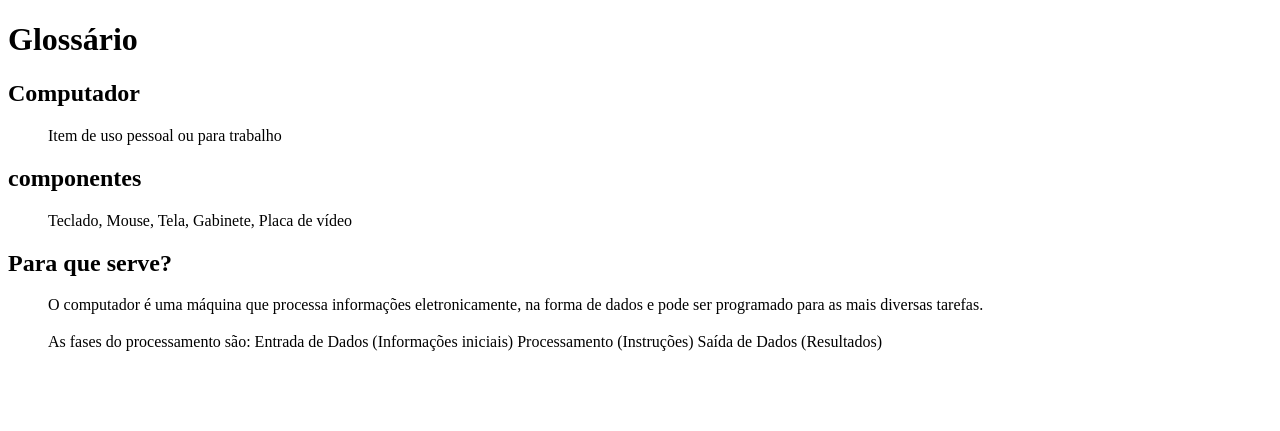
Repository: RenatoCCS/Mais1Code
Page: Rocketseat/Fundamentar/01 - O guia estelar de HTML/Desafios/1_Glossario/glossary.html
The author's editor kept a copy of each file at every save. The page is drawn from the files as they stood at one save, then again after a run of saves.
The browser window is 1280 px wide. The pictures show the whole page.

Above is the page before, as saved 2022-04-18 20:48:28.

### Rocketseat/Fundamentar/01 - O guia estelar de HTML/Desafios/1_Glossario/glossary.html
<!DOCTYPE html>
<html lang="pt-br">
<head>
    <meta charset="UTF-8">
    <meta http-equiv="X-UA-Compatible" content="IE=edge">
    <meta name="viewport" content="width=device-width, initial-scale=1.0">
    <title>Glossário</title>
</head>
<body>

    <h1>Glossário</h1>
<dl>
    <h2><dt>Computador</dt></h2>
    <dd>Item de uso pessoal ou para trabalho</dd>

    <h2><dt>componentes</dt></h2>
    <dd>Teclado, Mouse, Tela, Gabinete, Placa de vídeo</dd>

<h2><dt>Para que serve?</dt></h2>
<dd><p>O computador é uma máquina que processa informações eletronicamente, na forma de dados e pode ser programado para as mais diversas tarefas.

    <h3></h3>As fases do processamento são:

    Entrada de Dados (Informações iniciais)

    Processamento (Instruções)

    Saída de Dados (Resultados)</p></dd>


</dl>



</body>
</html>

After the next 2 saves:
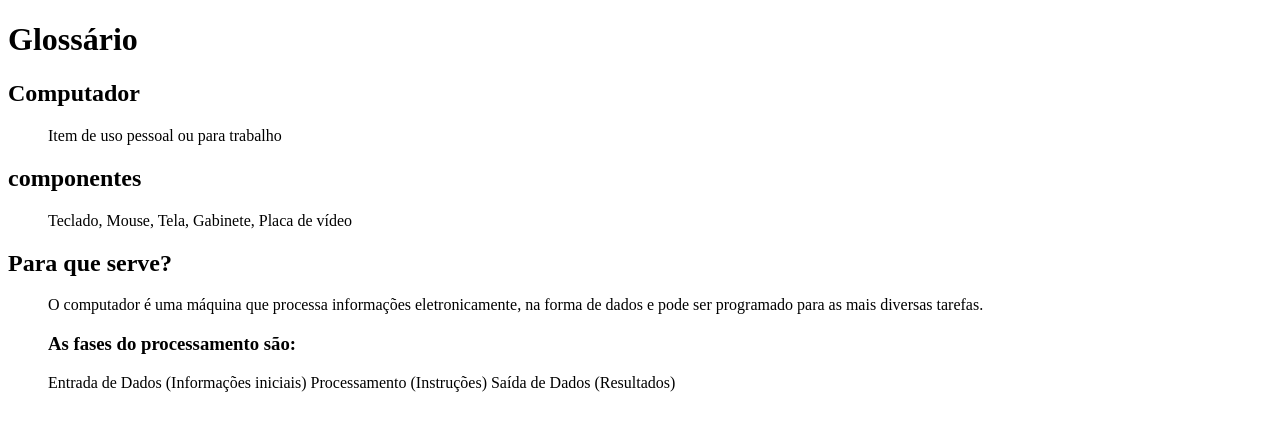
The 2 saves are shown as one change because they came seconds apart.
The last was saved 6 s later.
--- a/Rocketseat/Fundamentar/01 - O guia estelar de HTML/Desafios/1_Glossario/glossary.html
+++ b/Rocketseat/Fundamentar/01 - O guia estelar de HTML/Desafios/1_Glossario/glossary.html
@@ -19,7 +19,7 @@
 <h2><dt>Para que serve?</dt></h2>
 <dd><p>O computador é uma máquina que processa informações eletronicamente, na forma de dados e pode ser programado para as mais diversas tarefas.
 
-    <h3></h3>As fases do processamento são:
+    <h3>As fases do processamento são:</h3>
 
     Entrada de Dados (Informações iniciais)
 
